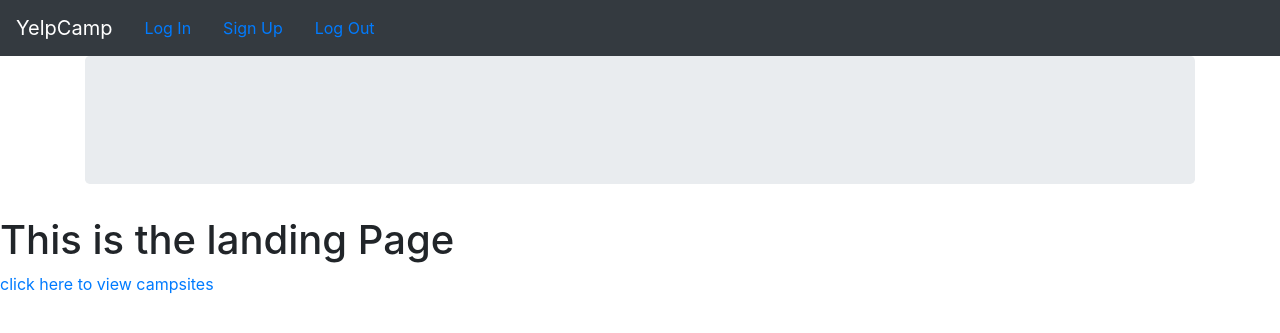
Repository: ritwikjog/Yelp-Camp
Page: http://localhost/
The author's editor kept a record of every edit. The page is drawn from the files as they stood at one moment, then again after the next edit.
The browser window is 1280 px wide. The pictures show the whole page.
Some web libraries are served in a nearby version. The page is served by the project's Node server (v2/app.js). Other server files are loaded and not shown.

Above is the page before.

### v2/views/landing.ejs
<% include partials/header %>

<div class="container">
    <div class="jumbotron">

    </div>

</div>
<h1>This is the landing Page</h1>
<a href = "/campsites">click here to view campsites</a>

<% include partials/footer %>

### v2/views/partials/header.ejs
<!DOCTYPE html>
<html>
<head>
	<title></title>
	<link rel="stylesheet" href="https://stackpath.bootstrapcdn.com/bootstrap/4.2.1/css/bootstrap.min.css">
</head>
<body>
    <nav class="navbar navbar-expand-lg navbar-dark bg-dark">
          <a class="navbar-brand" href="#">YelpCamp</a>
          <button class="navbar-toggler" type="button" data-toggle="collapse" data-target="#navbarSupportedContent" aria-controls="navbarSupportedContent" aria-expanded="false" aria-label="Toggle navigation">
            <span class="navbar-toggler-icon"></span>
          </button>

          <div class="collapse navbar-collapse" id="navbarSupportedContent">
                <ul class="nav justify-content-center">
                  <li class="nav-item">
                    <a class="nav-link" href="#">Log In</a>
                  </li>
                  <li class="nav-item">
                    <a class="nav-link" href="#">Sign Up</a>
                  </li>
                  <li class="nav-item">
                    <a class="nav-link" href="#">Log Out</a>
                  </li>
                </ul>
          </div>
</nav>

### v2/app.js
var express = require("express"),
app         = express(),
bodyParser  = require("body-parser"),
Camp        = require("./models/campgrounds"),
mongoose    = require("mongoose");

mongoose.connect("mongodb://localhost:27017/yelp_camp", {useNewUrlParser : true});

app.set("view engine", "ejs");
app.use(bodyParser.urlencoded({extended:true}));

app.get("/", function(req,res){
   res.render("landing");
});

app.get("/campsites", function(req,res){
    Camp.find({}, function(err, camps){
        if(err)
        {
            console.log(err);
        }
        else
        {
            res.render("campsites.ejs", {camps:camps});
        }
    });
});

app.get("/campsites/new", function(req,res){
   res.render("new");
});

app.post("/campsites", function(req,res){
   var siteName = req.body.name;
   var image = req.body.image;

   var campground = {
        name: siteName,
        image:image
   };

   Camp.create(campground, function(err,camp){
       if(err){
           console.log(err);
       }
       else
       {
           res.redirect("/campsites");
       }
   });
});

app.get("/campsites/:id", function(req,res){
   Camp.find({_id:req.params.id}, function(err, camp){
      if(err){
          console.log(err);
      }
      else
      {
          res.render("show",{camp:camp});
      }
   });
});

app.listen(process.env.PORT, process.env.IP, function(){
   console.log("Server is running");
});

Loaded but not shown: v2/views/partials/footer.ejs (common file)

After the next edit:
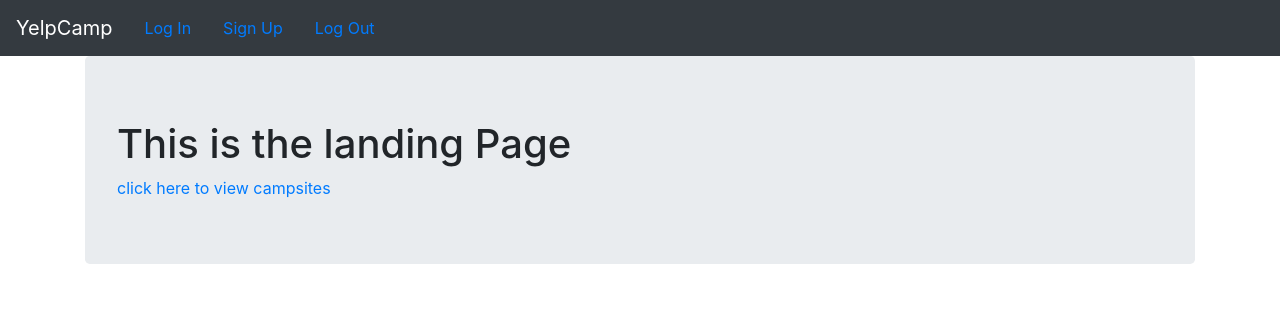
The edit:
--- a/v2/views/landing.ejs
+++ b/v2/views/landing.ejs
@@ -2,11 +2,10 @@
 
 <div class="container">
     <div class="jumbotron">
+        <h1>This is the landing Page</h1>
+        <a href = "/campsites">click here to view campsites</a>
+    </div>
+</div>
 
-    </div>
-
-</div>
-<h1>This is the landing Page</h1>
-<a href = "/campsites">click here to view campsites</a>
 
 <% include partials/footer %>
